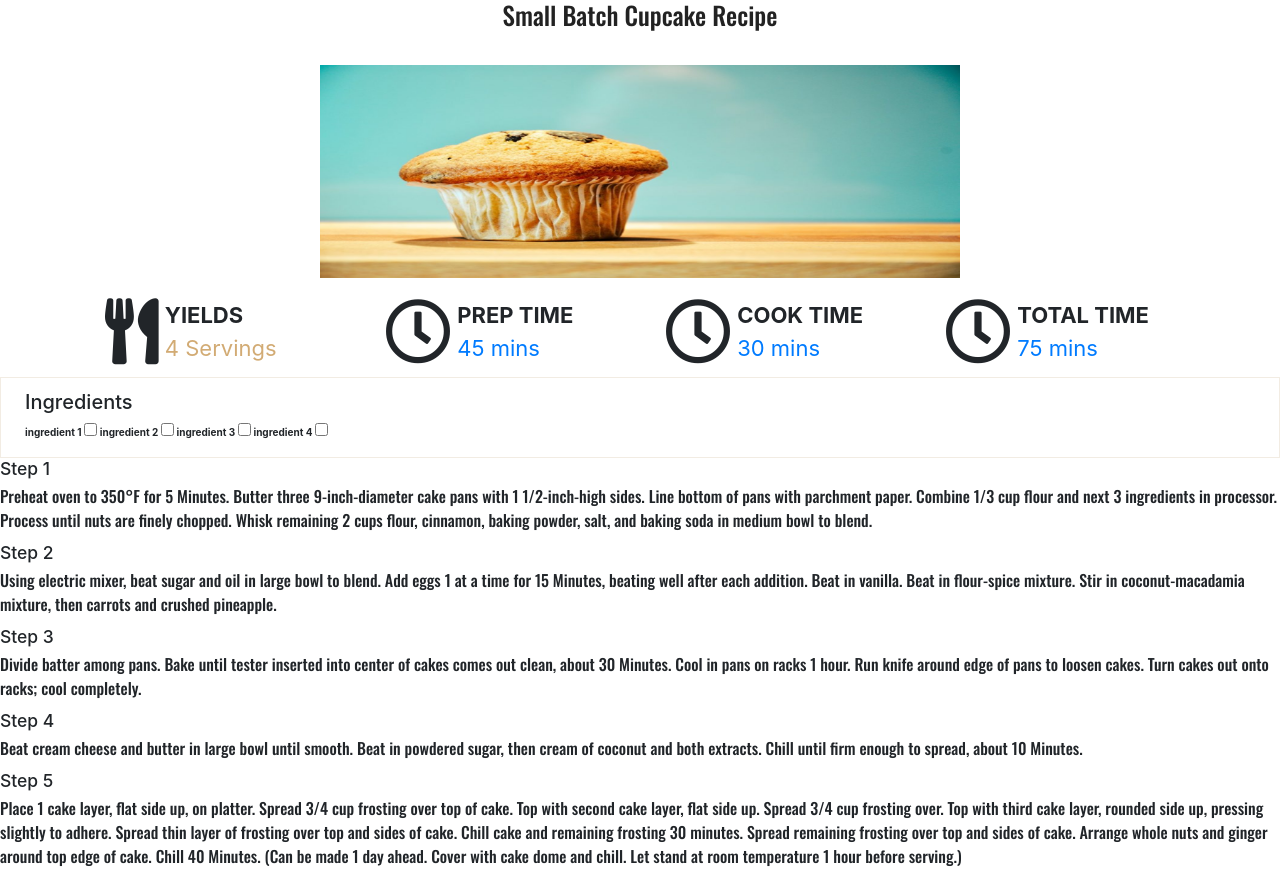
Repository: pauldardis/cookbook
Page: recipe.html
The author's editor kept a record of every edit. The page is drawn from the files as they stood at one moment, then again after the next edit.
The browser window is 1280 px wide. The pictures show the whole page.
Some web libraries are served in a nearby version.

Above is the page before.

### recipe.html
<!DOCTYPE html>
<html lang="en">

<head>
    <meta charset="UTF-8">
    <meta name="viewport" content="width=device-width, initial-scale=1.0">
    <meta http-equiv="X-UA-Compatible" content="ie=edge">
    <link rel="stylesheet" href="https://use.fontawesome.com/releases/v5.11.2/css/all.css">
    <link rel="stylesheet" href="https://use.fontawesome.com/releases/v5.11.2/css/v4-shims.css">
    <link rel="stylesheet" href="https://maxcdn.bootstrapcdn.com/bootstrap/3.3.7/css/bootstrap.min.css" type="text/css" />
    <link rel="stylesheet" href="https://maxcdn.bootstrapcdn.com/font-awesome/4.7.0/css/font-awesome.min.css" type="text/css" />
    <link rel="stylesheet" href="https://maxcdn.bootstrapcdn.com/bootstrap/4.2.1/css/bootstrap.min.css" type="text/css">
    <link rel="stylesheet" href="https://cdnjs.cloudflare.com/ajax/libs/hover.css/2.1.1/css/hover-min.css" type="text/css" />
    <link href="https://fonts.googleapis.com/css?family=Oswald:200,300,500,700&display=swap" rel="stylesheet">
    <link rel="stylesheet" href="assits/css/style.css" type="text/css" />

    <title>Document</title>
</head>

<body>



    <div>
        <h1 class="recipe-h1-text">Small Batch Cupcake Recipe</h1>
    </div>

    <div class="recipe-main-image-container">
        <img class="recipe-main-image" src="assits/images/test-recipe-image.jpg" alt="recipe image">
    </div>


    <div class="container">
        <div class="row">
            <section class="col-md-3 recipe-info-container">
                <div class="recipe-icon-container">
                    <i class="fas fa-utensils fa-3x"></i>
                </div>
                <div class="recipe-info-text-container">
                    <div>
                        <strong>YIELDS</strong>
                    </div>
                    <div>
                        <a class="servings" href="#">4 Servings</a>
                    </div>
                </div>
            </section>
            <section class="col-md-3 recipe-info-container">
                <div class="recipe-icon-container">
                    <i class="far fa-clock fa-3x"></i>
                </div>
                <div class="recipe-info-text-container">
                    <div>
                        <strong>PREP TIME</strong>
                    </div>
                    <div>
                        <a href="#">45 mins</a>
                    </div>
                </div>
            </section>
            <section class="col-md-3 recipe-info-container">
                <div class="recipe-icon-container">
                    <i class="far fa-clock fa-3x"></i>
                </div>
                <div class="recipe-info-text-container">
                    <div>
                        <strong>COOK TIME</strong>
                    </div>
                    <div>
                        <a href="#">30 mins</a>
                    </div>
                </div>
            </section>
            <section class="col-md-3 recipe-info-container">
                <div class="recipe-icon-container">
                    <i class="far fa-clock fa-3x"></i>
                </div>
                <div class="recipe-info-text-container">
                    <div>
                        <strong>TOTAL TIME</strong>
                    </div>
                    <div>
                        <a href="#">75 mins</a>
                    </div>
                </div>
            </section>
        </div>
    </div>
    <p></p>
    <p></p>
    <div class="recipe-ingredients-container">
        <div class="recipe-ingredients-heading">
            <h2>Ingredients</h2>
            <div>
                <label class="ingredient_tick_box_container">ingredient 1 <input type="checkbox"><span class="ingredient_tick_box_checkmark"></span></label>
                <label class="ingredient_tick_box_container">ingredient 2 <input type="checkbox"><span class="ingredient_tick_box_checkmark"></span></label>
                <label class="ingredient_tick_box_container">ingredient 3 <input type="checkbox"><span class="ingredient_tick_box_checkmark"></span></label>
                <label class="ingredient_tick_box_container">ingredient 4 <input type="checkbox"><span class="ingredient_tick_box_checkmark"></span></label>
            </div>
        </div>
    </div>

    <div>
        <div>
            <h3>Step 1</h3>
            <p class="recipe_steps_text">Preheat oven to 350°F for 5 Minutes. Butter three 9-inch-diameter cake pans with 1 1/2-inch-high sides. Line bottom of pans with parchment paper. Combine 1/3 cup flour and next 3 ingredients in processor. Process until nuts are finely chopped.
                Whisk remaining 2 cups flour, cinnamon, baking powder, salt, and baking soda in medium bowl to blend.</p>
            <h3>Step 2</h3>
            <p class="recipe_steps_text">Using electric mixer, beat sugar and oil in large bowl to blend. Add eggs 1 at a time for 15 Minutes, beating well after each addition. Beat in vanilla. Beat in flour-spice mixture. Stir in coconut-macadamia mixture, then carrots and crushed
                pineapple.
            </p>
            <h3>Step 3</h3>
            <p class="recipe_steps_text">Divide batter among pans. Bake until tester inserted into center of cakes comes out clean, about 30 Minutes. Cool in pans on racks 1 hour. Run knife around edge of pans to loosen cakes. Turn cakes out onto racks; cool completely.</p>
            <h3>Step 4</h3>
            <p class="recipe_steps_text">Beat cream cheese and butter in large bowl until smooth. Beat in powdered sugar, then cream of coconut and both extracts. Chill until firm enough to spread, about 10 Minutes.</p>
            <h3>Step 5</h3>
            <p class="recipe_steps_text">Place 1 cake layer, flat side up, on platter. Spread 3/4 cup frosting over top of cake. Top with second cake layer, flat side up. Spread 3/4 cup frosting over. Top with third cake layer, rounded side up, pressing slightly to adhere. Spread
                thin layer of frosting over top and sides of cake. Chill cake and remaining frosting 30 minutes. Spread remaining frosting over top and sides of cake. Arrange whole nuts and ginger around top edge of cake. Chill 40 Minutes. (Can be made
                1 day ahead. Cover with cake dome and chill. Let stand at room temperature 1 hour before serving.)</p>
        </div>
    </div>



</body>

</html>

### assits/css/style.css
.recipe-h1-text {
    text-align: center;
    margin-bottom: 1.4em;
    color: #222;
    /*font-size: 2em;*/
    /*line-height: 1.2;*/
    font-weight: 500;
    font-family: 'Oswald', sans-serif;

}

.recipe-main-image-container {
    height: 500;
    width: 300;
    margin-bottom: 20px;
}

.recipe-main-image {
    display: block;
    margin-left: auto;
    margin-right: auto;
    width: 50%;
}

.recipe-info-text-container {
    display: inline-block
}

.recipe-info-container {
    /*border-color: black;*/
    /*border-style: solid;*/
}

.recipe-icon-container {
    display: inline-block;
}

.recipe-info-text-container {
    display: inline-block
}

.servings {
    color: #D2AB74;
}

.recipe-ingredients-container {
    border: 1px solid #f2ece3;
    padding: 12px 24px;
}

.recipe-ingredients-heading {

}








/* Customize the label (the container) */
.container {
  display: block;
  position: relative;
  padding-left: 35px;
  margin-bottom: 12px;
  cursor: pointer;
  font-size: 22px;
  -webkit-user-select: none;
  -moz-user-select: none;
  -ms-user-select: none;
  user-select: none;
}

/* Hide the browser's default checkbox */
.container input {
  position: absolute;
  opacity: 0;
  cursor: pointer;
  height: 0;
  width: 0;
}

/* Create a custom checkbox */
.checkmark {
  position: absolute;
  top: 0;
  left: 0;
  height: 25px;
  width: 25px;
  background-color: #eee;
}

/* On mouse-over, add a grey background color */
.container:hover input ~ .checkmark {
  background-color: #ccc;
}

/* When the checkbox is checked, add a blue background */
.container input:checked ~ .checkmark {
  background-color: #2196F3;
}

/* Create the checkmark/indicator (hidden when not checked) */
.checkmark:after {
  content: "";
  position: absolute;
  display: none;
}

/* Show the checkmark when checked */
.container input:checked ~ .checkmark:after {
  display: block;
}

/* Style the checkmark/indicator */
.container .checkmark:after {
  left: 9px;
  top: 5px;
  width: 5px;
  height: 10px;
  border: solid white;
  border-width: 0 3px 3px 0;
  -webkit-transform: rotate(45deg);
  -ms-transform: rotate(45deg);
  transform: rotate(45deg);
}


.recipe_steps_text{
    font-weight: 500;
    font-family: 'Oswald', sans-serif;
    font-size: medium;
}

After the next edit:
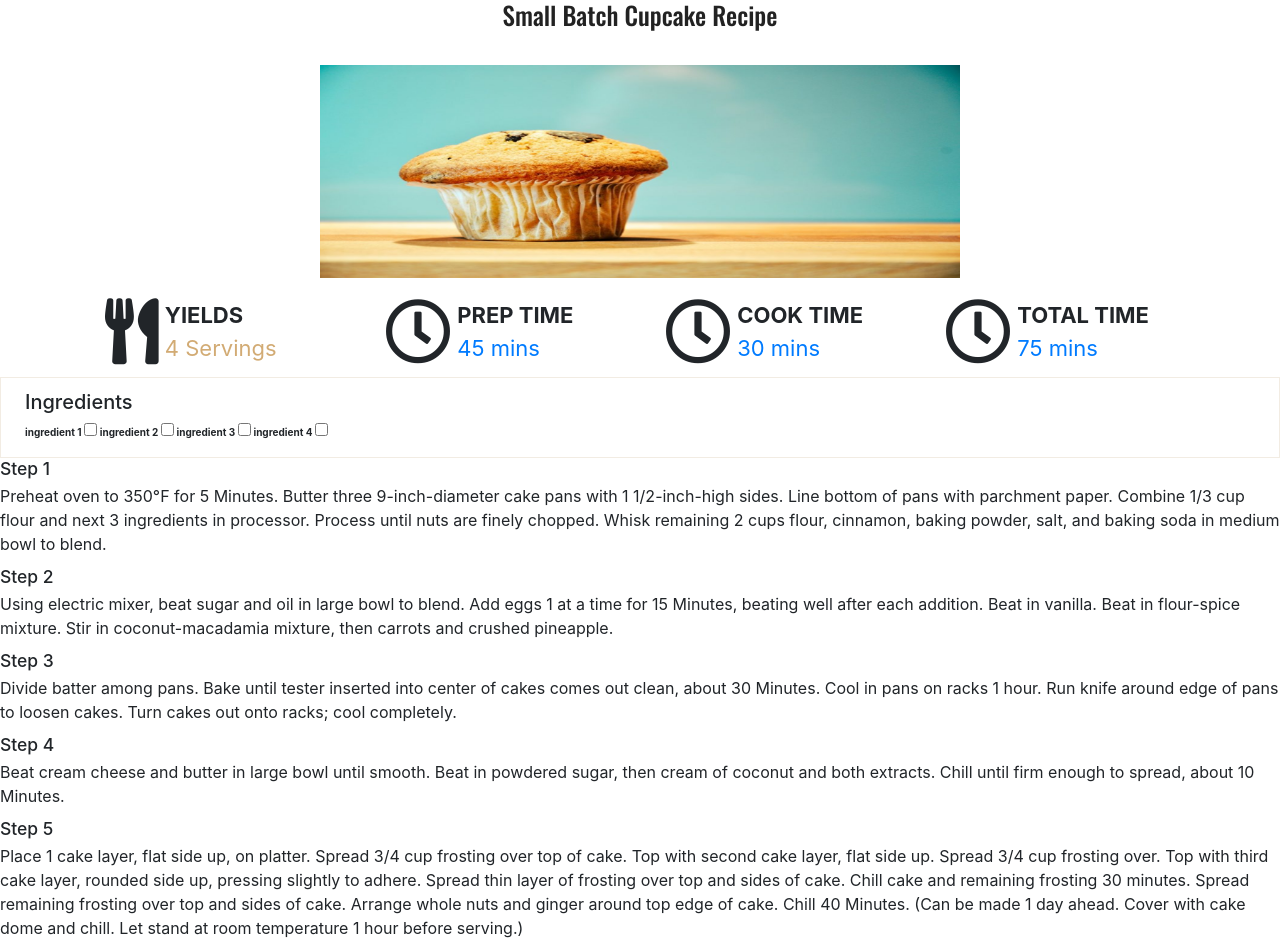
The edit:
--- a/assits/css/style.css
+++ b/assits/css/style.css
@@ -129,7 +129,7 @@
 
 
 .recipe_steps_text{
-    font-weight: 500;
-    font-family: 'Oswald', sans-serif;
+    /*/font-weight: 500;
+    font-family: 'Oswald', sans-serif;*/
     font-size: medium;
 }
